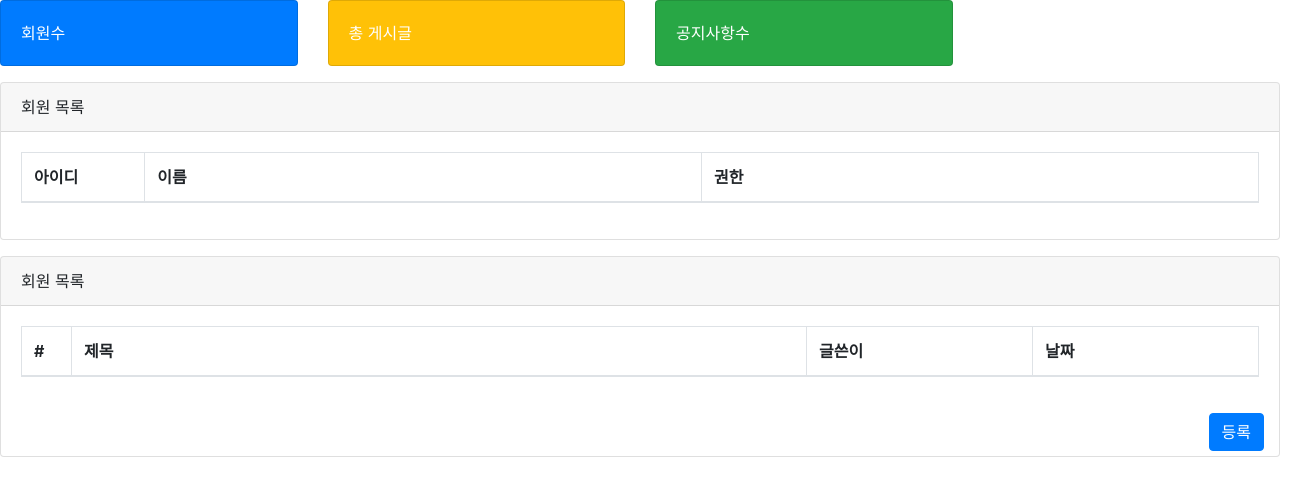
Repository: asa1374/eGovBoardDev
Page: http://localhost/dev/WEB-INF/jsp/user/admin/deleteList.jsp
These files come from the project's save history. The page is drawn as it stood at one moment and after the next save; the edit follows.
The browser window is 1280 px wide. The page is 1295 px wide, so the pictures cover 1295 px, including what lies to the right of the window. The pictures show the whole page.
The page is served by Tomcat 9. Nobody is signed in. The template is opened directly, without the code that normally fills it, so the values that code supplies are empty.

Above is the page before, as saved 2019-09-05 07:14:07.

After the next save:
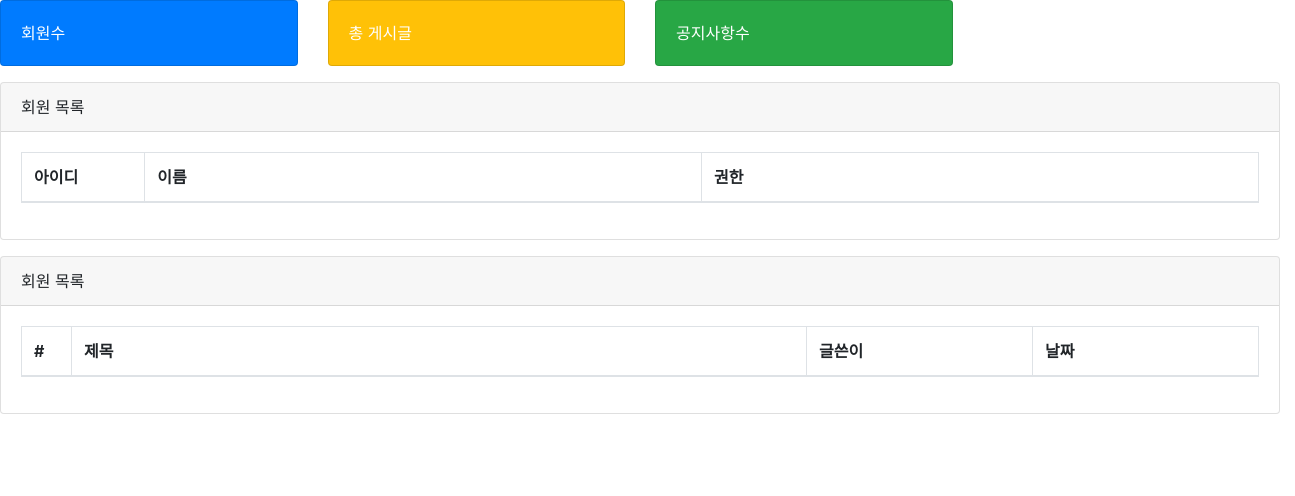
Saved 8 s later.
--- a/dev/src/main/webapp/WEB-INF/jsp/user/admin/deleteList.jsp
+++ b/dev/src/main/webapp/WEB-INF/jsp/user/admin/deleteList.jsp
@@ -116,9 +116,9 @@
 	    </table>
 	  </div>
 	</div>
-	<div style="text-align: right;">
+<!-- 	<div style="text-align: right;">
 		<a href="/user/board/write.do" class="btn btn-primary" style="margin-right: 15px; margin-bottom: 5px;">등록</a>
-	</div>
+	</div> -->
 	<div style="text-align: center; letter-spacing: 5px;">
 		<ethree:paging listHelperVO="${boardDataListVO}" />
 	</div>
